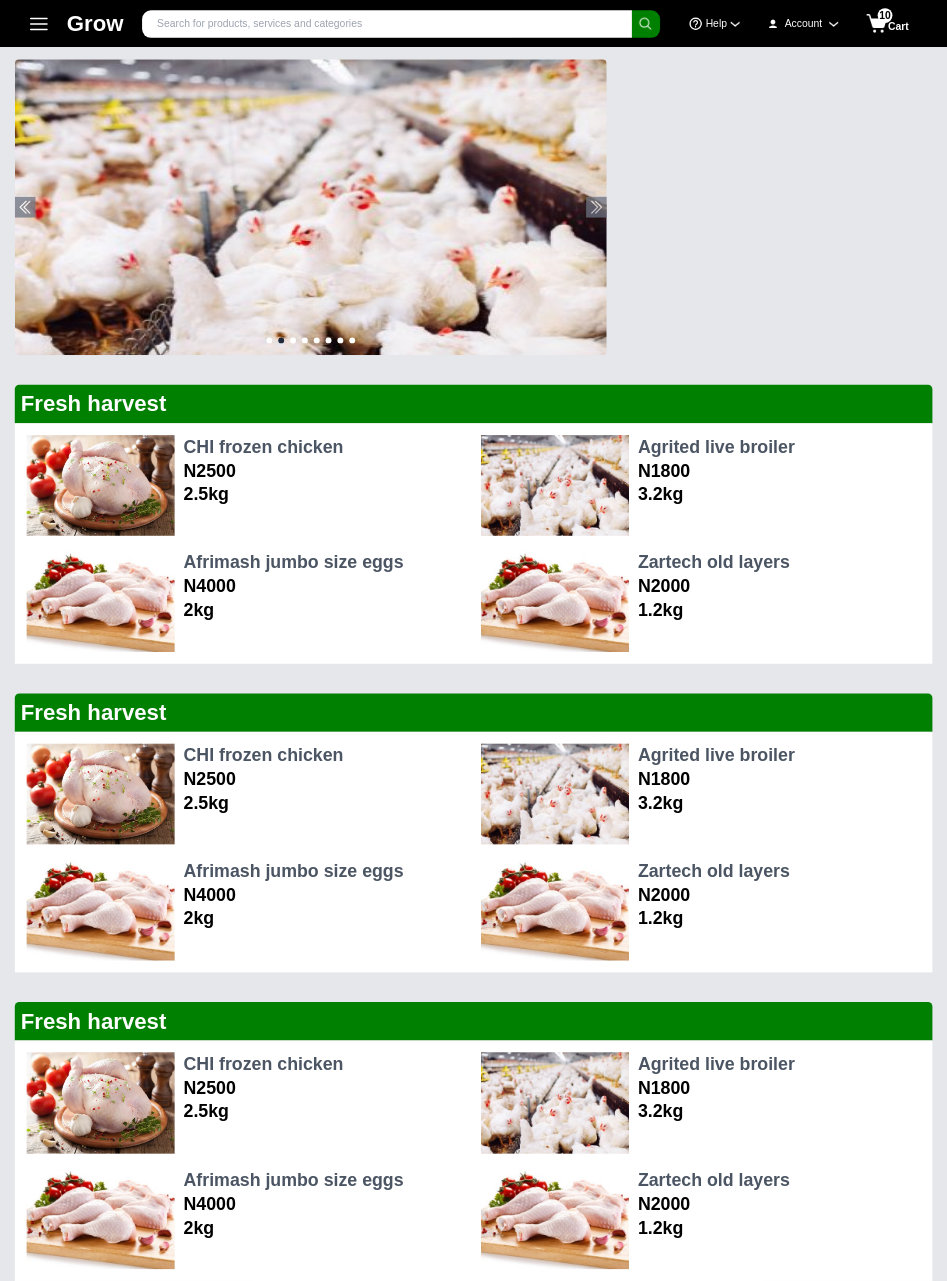
Repository: IssaMuiz/ifarmstock
Page: /
An editor plug-in stored every save of this project. The page is shown before and after the next save, followed by the edit.
The browser window is 1280 px wide. The pictures show the whole page, at 74% of full size.
The project was rebuilt for these pictures with package versions that can differ from the ones it lists, and the page was loaded fresh each time. The framework's server and built-in components were replaced by stand-ins that run in the browser. Also part of the build but not shown: next.config.mjs.

Above is the page before, as saved 2024-08-31 02:15:39.

### app/layout.tsx
import "@/styles/globals.css";

export const metadata = {
  title: "Grow",
  description: "Livestock farming e-commerce application",
};

export default function RootLayout({
  children,
}: {
  children: React.ReactNode;
}) {
  return (
    <html lang="en">
      <body className="bg-gray-200 h-auto w-auto">
        <section>{children}</section>
      </body>
    </html>
  );
}

### app/page.tsx
"use client";
import ProductCardToday from "@/components/productcardToday";
import ProductSlider from "@/components/productSlider";
import ClientLayout from "@/components/clientLayout";

const Home = () => {
  return (
    <ClientLayout>
      <div className="pt-20 mx-5">
        <div>
          <ProductSlider />

          <div className="bgColor text w-full h-auto mt-10 text-3xl p-2 rounded-t-md font-semibold">
            Fresh harvest
          </div>
          <ProductCardToday />
          <div className="bgColor text w-full h-auto mt-10 text-3xl p-2 rounded-t-md font-semibold">
            Fresh harvest
          </div>
          <ProductCardToday />
          <div className="bgColor text w-full h-auto mt-10 text-3xl p-2 rounded-t-md font-semibold">
            Fresh harvest
          </div>
          <ProductCardToday />
        </div>
      </div>
    </ClientLayout>
  );
};

export default Home;

### styles/globals.css
@tailwind base;
@tailwind components;
@tailwind utilities;

.scrollbar {
  scrollbar-width: thin;
  scrollbar-color: gray #313131;
}

.bgColor {
  background-color: green;
}

.text {
  color: white;
}

body {
  font-family: Arial, Helvetica, sans-serif;
  font-size: 14px;
}

### components/productcardToday.tsx
import Image from "next/image";
import poultryProduct from "../models/poultryProduct.json";
const ProductCardToday = () => {
  return (
    <div className="bg-white h-auto p-4">
      <div className="grid grid-cols-2 gap-5">
        {poultryProduct.map((product, index) => (
          <div key={index} className="flex gap-3">
            <Image src={product.image} alt="poultry" width={200} height={200} />
            <div className="text-2xl font-semibold">
              <p className="text-gray-600">{product.name}</p>
              <p>N{product.Price}</p>
              <p>{product.weight}</p>
            </div>
          </div>
        ))}
      </div>
    </div>
  );
};

export default ProductCardToday;

### components/productSlider.tsx
"use client";
import Image from "next/image";
import { useEffect, useState } from "react";

const ProductSlider = () => {
  const images = [
    "/assets/images/poultry-image1-slider.jpg",
    "/assets/images/poultry-image2-slider.jpg",
    "/assets/images/poultry-image3-slider.jpg",
    "/assets/images/poultry-image4-slider.jpg",
    "/assets/images/poultry-image5-slider.jpg",
    "/assets/images/poultry-image6-slider.jpg",
    "/assets/images/poultry-image7-slider.jpg",
    "/assets/images/catfish-image1-slider.jpg",
  ];

  const [index, setIndex] = useState(0);

  const handleSliceNext = () => {
    setIndex((index + 1) % images.length);
  };
  const handleSlicePrev = () => {
    setIndex((index - 1) % images.length);
  };

  const handleIndicatorClick = (i: number) => {
    setIndex(i);
  };

  useEffect(() => {
    const intervalId = setInterval(() => {
      handleSliceNext();
    }, 5000);
    return () => clearInterval(intervalId);
  }, [index]);
  return (
    <div className="relative w-[800px] overflow-hidden">
      <div
        className="flex transition-transform duration-500 ease-in-out"
        style={{ transform: `translateX(-${index * 100}%)` }}
      >
        {images.map((image, i) => (
          <div key={i} className="min-w-full">
            <Image
              className="h-[400px] rounded-md"
              src={image}
              alt={`Slide ${i + 1}`}
              width={800}
              height={200}
            />
          </div>
        ))}
      </div>
      <button
        type="button"
        onClick={handleSlicePrev}
        className="absolute left-0 top-1/2 tranform -translate-y-1/2 bg-gray-500 text-white px-1 py-1 opacity-75 hover:opacity-100 transition-opacity"
      >
        <Image
          className=""
          src="/assets/icons/arrow-left.png"
          alt="arrow-right-icon"
          width={20}
          height={20}
        />
      </button>
      <button
        type="button"
        onClick={handleSliceNext}
        className="absolute right-0 top-1/2 tranform -translate-y-1/2 bg-gray-500 text-white px-1 py-1 opacity-75 hover:opacity-100 transition-opacity"
      >
        <Image
          className=""
          src="/assets/icons/right-arrow.png"
          alt="arrow-right-icon"
          width={20}
          height={20}
        />
      </button>
      <div className="absolute bottom-4 left-0 right-0 flex justify-center space-x-2">
        {images.map((_, i) => (
          <button
            key={i}
            onClick={() => handleIndicatorClick(i)}
            className={`w-2 h-2 rounded-full ${
              index === i ? "bg-gray-800" : "bg-white"
            }`}
          />
        ))}
      </div>
    </div>
  );
};

export default ProductSlider;

### components/clientLayout.tsx
"use client";
import Navbar from "@/components/navbar";
import Sidenav from "@/components/sidenav";
import { useState, createContext } from "react";

export const SidebarContext = createContext({
  isOpen: false,
  toggleSidebar: () => {},
});

const ClientLayout = ({ children }: { children: React.ReactNode }) => {
  const [isOpen, setIsOpen] = useState(false);

  const toggleSidebar = () => {
    setIsOpen((prev) => !prev);
  };
  return (
    <SidebarContext.Provider value={{ isOpen, toggleSidebar }}>
      <Navbar />
      <Sidenav />
      <div
        className={`fixed inset-0 bg-black transition-opacity duration-300 ease-in-out z-10 ${
          isOpen
            ? "opacity-70 pointer-events-auto"
            : "opacity-0 pointer-events-none"
        }`}
        onClick={toggleSidebar}
      ></div>
      <section
        className={`relative z-0 transition-all duration-300 ease-in-out `}
      >
        {children}
      </section>
    </SidebarContext.Provider>
  );
};

export default ClientLayout;

### models/poultryProduct.json
[
  {
    "image": "/assets/images/poultry-image1-slider.jpg",
    "name": "CHI frozen chicken",
    "Price": "2500",
    "weight": "2.5kg"
  },
  {
    "image": "/assets/images/poultry-image2-slider.jpg",
    "name": "Agrited live broiler",
    "Price": "1800",
    "weight": "3.2kg"
  },
  {
    "image": "/assets/images/poultry-image5-slider.jpg",
    "name": "Afrimash jumbo size eggs",
    "Price": "4000",
    "weight": "2kg"
  },
  {
    "image": "/assets/images/poultry-image5-slider.jpg",
    "name": "Zartech old layers",
    "Price": "2000",
    "weight": "1.2kg"
  }
]

### components/navbar.tsx
"use client";
import Image from "next/image";
import { useContext } from "react";
import { SidebarContext } from "./clientLayout";
const Navbar = () => {
  const { toggleSidebar } = useContext(SidebarContext);
  return (
    <nav className="fixed bg-black text w-full h-16 flex items-center justify-between top-0 left-0 right-0 px-10 z-10">
      <button onClick={toggleSidebar}>
        <svg
          className="fill-white hover:fill-[green] cursor-pointer"
          xmlns="http://www.w3.org/2000/svg"
          viewBox="0 0 50 50"
          width="25px"
          height="25px"
        >
          <path d="M 3 8 A 2.0002 2.0002 0 1 0 3 12 L 47 12 A 2.0002 2.0002 0 1 0 47 8 L 3 8 z M 3 23 A 2.0002 2.0002 0 1 0 3 27 L 47 27 A 2.0002 2.0002 0 1 0 47 23 L 3 23 z M 3 38 A 2.0002 2.0002 0 1 0 3 42 L 47 42 A 2.0002 2.0002 0 1 0 47 38 L 3 38 z" />
        </svg>
      </button>
      <div className="Leftnav text text-3xl font-semibold cursor-pointer ml-5">
        Grow
      </div>
      <div className="Middlenav flex flex-1 mx-5 max-w-[700px] items-center">
        <input
          className=" px-5 py-2 w-full rounded-l-xl text-black outline-none"
          type="text"
          placeholder="Search for products, services and categories"
        />
        <div className="h-[37px] w-10 bgColor pt-2 pl-2 rounded-r-xl cursor-pointer">
          <Image
            className=""
            src="/assets/icons/search.png"
            alt="search-icon"
            width={20}
            height={20}
          />
        </div>
      </div>
      <div className="Rightnav flex items-center justify-between gap-3">
        <div className="flex items-center gap-1 cursor-pointer rounded-md p-3 hover:bg-[green]">
          <Image
            src="/assets/icons/help.png"
            alt="help-icon"
            width={20}
            height={20}
          />
          <p className="">Help</p>
          <Image
            src="/assets/icons/arrow-down.png"
            alt="help-icon"
            width={15}
            height={15}
          />
        </div>
        <div className="flex items-center gap-2  cursor-pointer rounded-md p-3 hover:bg-[green]">
          <Image
            src="/assets/icons/account.png"
            alt="help-icon"
            width={15}
            height={15}
          />
          <p>Account</p>
          <Image
            src="/assets/icons/arrow-down.png"
            alt="help-icon"
            width={15}
            height={15}
          />
        </div>
        <div className="flex relative cursor-pointer p-3 hover:bg-[green] rounded-md">
          <Image
            src="/assets/icons/cart.png"
            alt="cart-icon"
            width={30}
            height={20}
          />
          <p className="bg-white h-5 w-5 rounded-full text-black absolute left-7 bottom-7 text-center font-semibold">
            10
          </p>
          <p className="font-semibold mt-2 ">Cart</p>
        </div>
      </div>
    </nav>
  );
};

export default Navbar;

### components/sidenav.tsx
"use client";
import Image from "next/image";
import Link from "next/link";
import { useState } from "react";
import { useContext } from "react";
import { SidebarContext } from "./clientLayout";
const Sidenav = () => {
  const [categories, setCategories] = useState([
    {
      id: "1",
      name: "Broiler",
      expanded: false,
      arrowIcon: "/assets/icons/arrow-icon--right.png",
      dropdownlink: [
        { name: "Day Old Chicks", link: "/" },
        { name: "Matured Broilers", link: "/" },
        { name: "Frozen Chicken", link: "/" },
      ],
    },
    {
      id: "2",
      name: "Layers",
      expanded: false,
      arrowIcon: "/assets/icons/arrow-icon--right.png",
      dropdownlink: [
        { name: "Pullet", link: "/" },
        { name: "Point Of Lay", link: "/" },
        { name: "Old Layers", link: "/" },
      ],
    },
    {
      id: "3",
      name: "Catfish",
      expanded: false,

      arrowIcon: "/assets/icons/arrow-icon--right.png",
      dropdownlink: [
        { name: "Fingerlings/Juvenile", link: "/" },
        { name: "Matured Catfish", link: "/" },
        { name: "Smoked Catfish", link: "/" },
      ],
    },
  ]);

  const handleDropdown = (id: string) => {
    setCategories((prev) =>
      prev.map((category) =>
        category.id === id
          ? { ...category, expanded: !category.expanded }
          : category
      )
    );
  };

  const { isOpen } = useContext(SidebarContext);
  return (
    <nav
      className={`fixed h-auto z-20 left-0 top-0 bottom-0 w-[300px] transform transition-transform duration-300  bg-gray-100 ${
        isOpen ? "translate-x-0" : "-translate-x-full"
      }`}
    >
      <div className="bgColor h-14 flex items-center text text-2xl pl-5 font-semibold gap-3">
        <Image
          src="/assets/icons/account.png"
          alt="profile-icon"
          height={25}
          width={25}
        />
        <p>Hello User</p>
      </div>
      <div className="overflow-scroll overflow-x-hidden scrollbar pb-5">
        {categories.map((category) => (
          <div onClick={() => handleDropdown(category.id)} key={category.id}>
            <div className="text-lg flex justify-between items-center font-semibold hover:bg-gray-300 mt-5 p-2 cursor-pointer">
              <div>{category.name}</div>

              <Image
                className={`${
                  category.expanded &&
                  "rotate-90 duration-300 transition-transform"
                } h-4 w-4`}
                src={category.arrowIcon}
                alt="arrow-icon"
                width={3}
                height={3}
              />
            </div>

            <div>
              {category.expanded && (
                <div>
                  {category.dropdownlink.map((dropdown, index) => (
                    <div className="hover:bg-gray-300" key={index}>
                      <Link href={dropdown.link}>
                        <div className="p-3 text-md ">{dropdown.name}</div>
                      </Link>
                    </div>
                  ))}
                </div>
              )}
            </div>
          </div>
        ))}
      </div>
    </nav>
  );
};

export default Sidenav;

Loaded but not shown: tailwind.config.ts (common file)

After the next save:
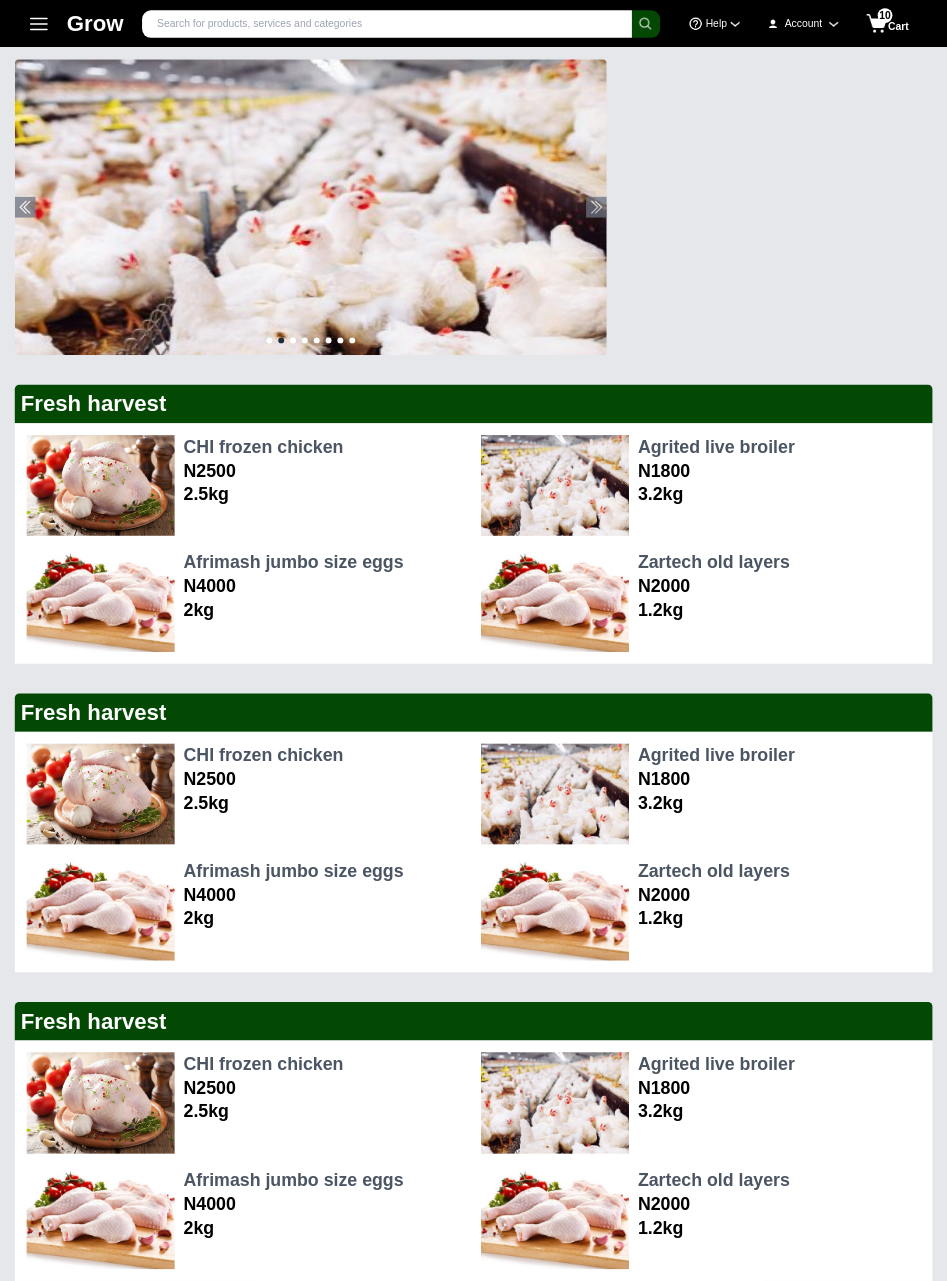
Saved 70 min 48 s later.
--- a/styles/globals.css
+++ b/styles/globals.css
@@ -8,7 +8,7 @@
 }
 
 .bgColor {
-  background-color: green;
+  background-color: rgb(3, 73, 3);
 }
 
 .text {
